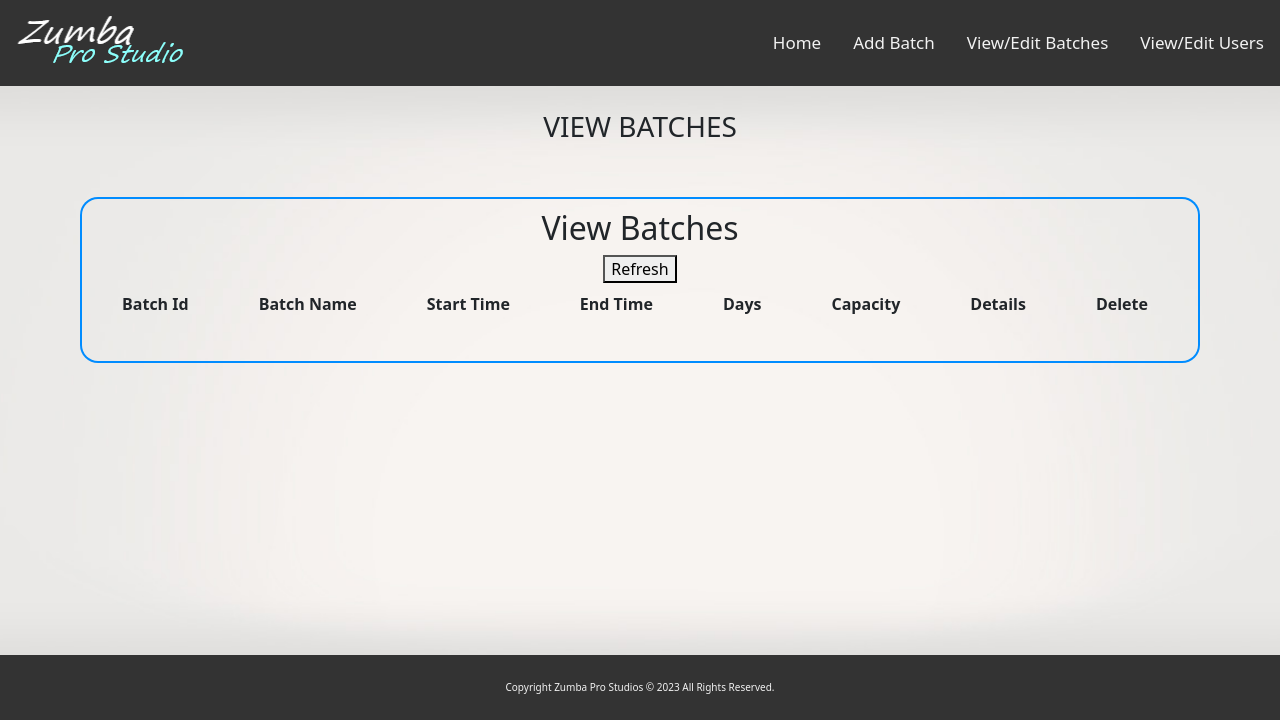
Repository: basemsamuel/Zumba
Page: http://localhost/ZumbaProStudio/admin.jsp
These files come from the project's save history. The page is drawn as it stood at one moment and after the next save; the edit follows.
The browser window is 1280 px wide. The pictures show the whole page.
The page is served by Tomcat 10. Other server files are loaded and not shown.

Above is the page before, as saved 2023-07-31 02:08:27.

### ZumbaProStudio/src/main/webapp/admin.jsp
<jsp:include page="adminheader.jsp"></jsp:include>
<div class="mycontainer">
	<div align="center">
	<br>
	<h3>VIEW BATCHES</h3>
	<br>
	<br>
	<div>
		<table class="formtable">
			<tr>
				<td style="padding: 10px;">
					<div class='center'>
						<form style="width: 100%;" action="Login" method = "POST">
						    <h2>View Batches</h2>
						    <input type="hidden" name="htmlFormName" value="ViewBatches" />
						    <button type="submit" value="Submit">Refresh</button>
						    <table class="batchview">
						    	<tr>
							    	<th style="padding:5px,">Batch Id</th>
							    	<th>Batch Name</th>
							    	<th>Start Time</th>
							    	<th>End Time</th>
							    	<th>Days</th>
							    	<th>Capacity</th>
							    	<th>Details</th>
							    	<th>Delete</th>
						    	</tr>
						    </table>
						</form>
					</div>

				</td>
			</tr>
		</table>
		<br>
		<div class="emsg">
			<p>
				${listerrorMessage}
			</p>
		</div>
	</div>
</div>

<jsp:include page="footer.jsp"></jsp:include>

### ZumbaProStudio/src/main/webapp/adminheader.jsp
<html lang="en">

<head>
    <meta charset="UTF-8">
    <meta http-equiv="X-UA-Compatible" content="IE=edge">
    <meta name="viewport" content="width=device-width, initial-scale=1.0">
    <title>Document</title>
    <link href="https://cdn.jsdelivr.net/npm/bootstrap@5.1.3/dist/css/bootstrap.min.css" rel="stylesheet" integrity="sha384-1BmE4kWBq78iYhFldvKuhfTAU6auU8tT94WrHftjDbrCEXSU1oBoqyl2QvZ6jIW3" crossorigin="anonymous">
    <link rel="stylesheet" type="text/css" href="css/styles.css" />
</head>

<body>
	 <div class="topnav">
		<img src="images/logo.png" alt="Zumba Pro Studio">
		<!-- <a class="active" href="#home">Home</a> -->
		<a href="adminusers.jsp">View/Edit Users</a>
		<a href="admin.jsp">View/Edit Batches</a>
		<a href="addbatch.jsp">Add Batch</a>
		<a href="index.jsp">Home</a>
	</div>

### ZumbaProStudio/src/main/webapp/footer.jsp
<footer>
	Copyright Zumba Pro Studios © 2023 All Rights Reserved.
</footer>
</body>
</html>

### ZumbaProStudio/src/main/webapp/css/styles.css
		.topnav {
			 background-color: #333;
			 overflow: hidden;
				}

		/* Style the links inside the navigation bar */
		.topnav a {
			 float: right;
			 color: #f2f2f2;
			 text-align: center;
			 padding: 30px 16px;
			 text-decoration: none;
			 font-size: 17px;
		}

		.topnav img {
			 float: left;
			 color: #f2f2f2;
			 text-align: center;
			 padding: 14px 16px;
			 text-decoration: none;
			 font-size: 17px;
			 height: 80px;
		}

		/* Change the color of links on hover */
		.topnav a:hover {
			 background-color: #ddd;
			 color: black;
		}

		/* Add a color to the active/current link */
		.topnav a.active {
			 background-color: #04AA6D;
			 color: white;
		}

		footer {
		    background-color: #333;
		    color: #f2f2f2;
		    grid-area: footer;
		    width: 100%;
		    position: absolute;
  			bottom: 0;
  			padding: 25px;
  			text-align: center;
  			font-size: 10px;
		}

		.centerimage {
			height: 100%;
			width: auto;
			display: block;
			margin-left: auto;
			margin-right: auto;

		}

		.center {
			text-align: center;
		}
		.right {
			text-align: right;
		}

		.formtable {
			border-collapse: collapse;
			border-radius: 16px;
			box-shadow: 0 0 0 2px rgb(0, 140, 255);
		}

		.mycontainer {
			height: calc(100% - 150px);
			width: 100%;
			background-image: url('../images/bg.jpg');
			background-color: #333; /* Used if the image is unavailable */
			background-position: center; /* Center the image */
			background-repeat: no-repeat; /* Do not repeat the image */
			background-size: cover; /* Resize the background image to cover the entire container */
		}

		.emsg {
			font-size: 13px;
			color: #FF0000;
		}

		.batchview th, td {
			 padding-top: 10px;
			 padding-bottom: 20px;
			 padding-left: 30px;
			 padding-right: 40px;
		}

After the next save:
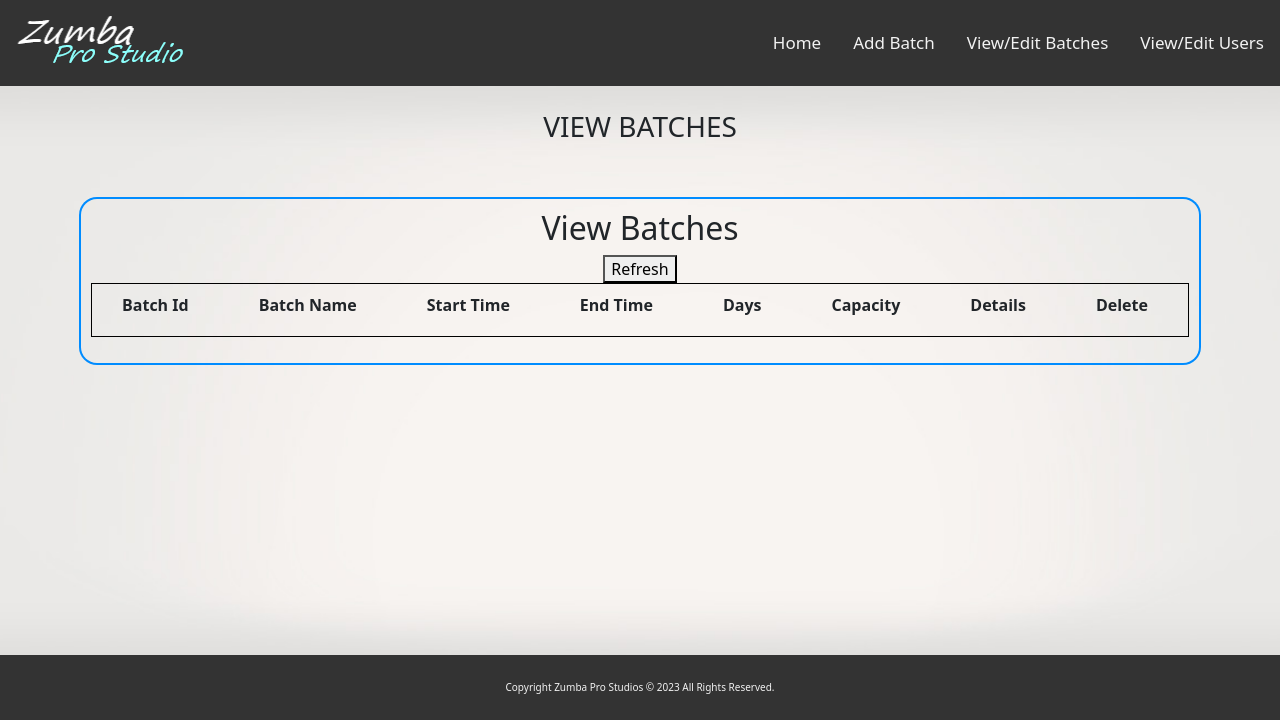
Saved 76 s later.
--- a/ZumbaProStudio/src/main/webapp/css/styles.css
+++ b/ZumbaProStudio/src/main/webapp/css/styles.css
@@ -84,6 +84,11 @@
 			color: #FF0000;
 		}
 
+		.batchview {
+			border: 1px solid black;
+			border-collapse: collapse;
+		}
+
 		.batchview th, td {
 			 padding-top: 10px;
 			 padding-bottom: 20px;
